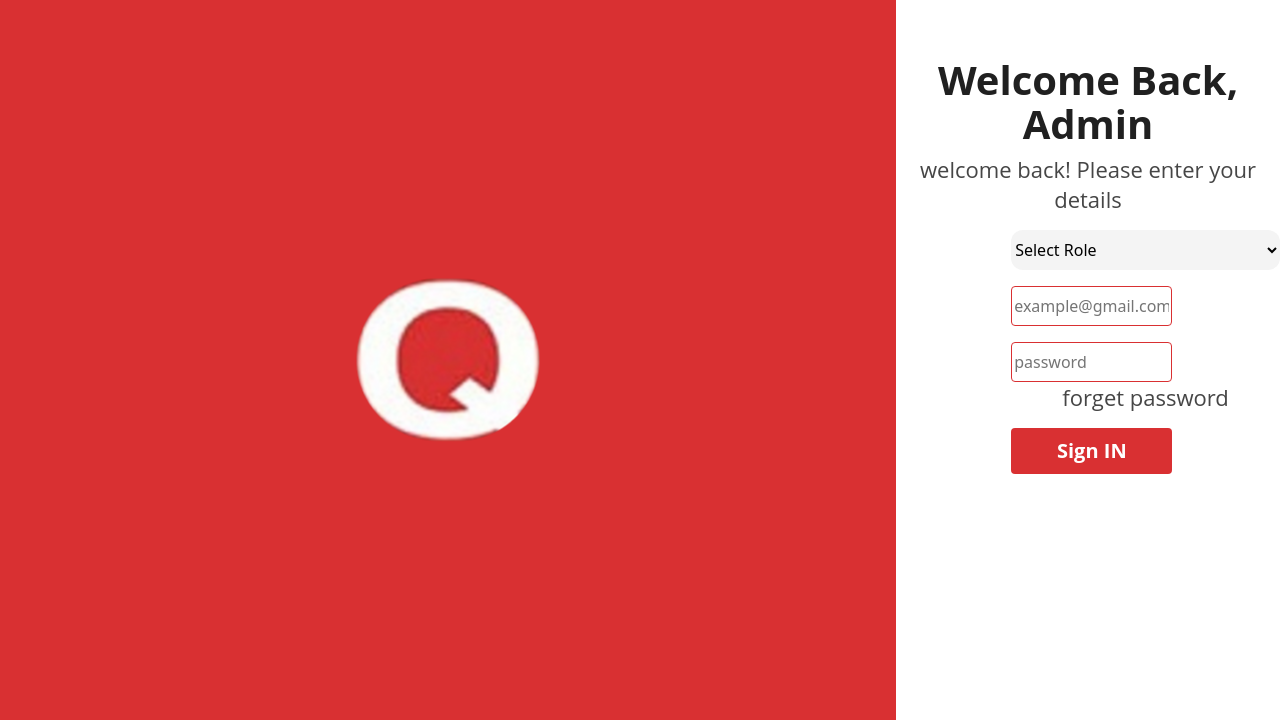
Repository: FlyweisReact/Rajeev-audit
Page: /
The author's editor kept a copy of each file at every save. The page is drawn from the files as they stood at one save, then again after the next save.
The browser window is 1280 px wide. The pictures show the whole page.
Some web libraries are served in a nearby version. The project was rebuilt for these pictures with package versions that can differ from the ones it lists, and the page was loaded fresh each time. Also part of the build but not shown: src/components/sidebar.jsx, src/components/navbar.jsx, src/components/dashboard.jsx, src/components/total-check.jsx, src/components/total-check2.jsx, src/components/total-site.jsx, src/components/total-site2.jsx, src/components/total-audits.jsx and 14 more.

Above is the page before, as saved 2023-05-17 18:22:26.

After the next save:
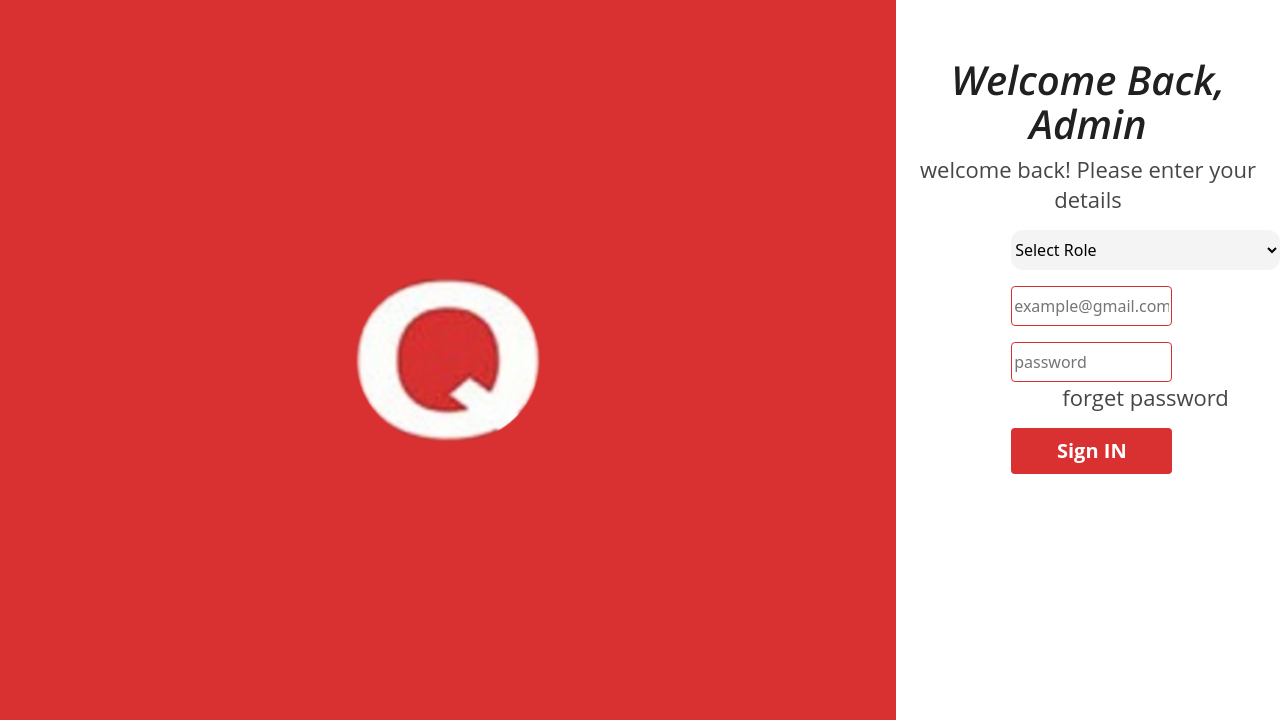
Saved 7 s later.
--- a/src/index.css
+++ b/src/index.css
@@ -28,6 +28,7 @@
 }
 .signin_right h1 {
   text-align: center;
+  font-family: OpenSans;
   font-style: normal;
   font-weight: 600;
   font-size: 40px;
